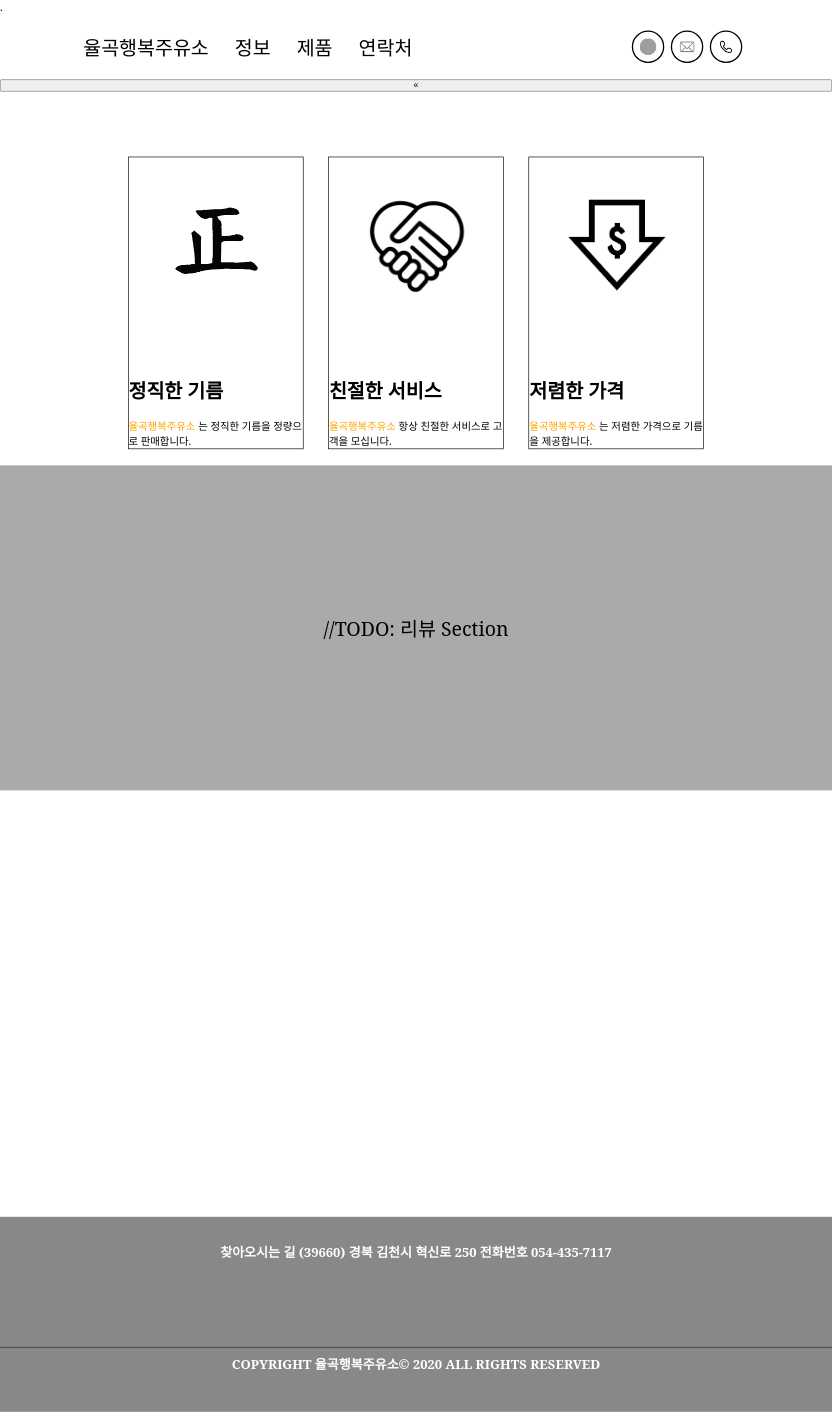
Repository: randomUser134923/pet-projects
Page: pet-projects/web1/index.html
The author's editor kept a record of every edit. The page is drawn from the files as they stood at one moment, then again after the next edit.
The browser window is 1280 px wide. The pictures show the whole page, at 65% of full size.
Pictures or frames that could not be fetched are drawn as grey boxes.

Above is the page before.

### pet-projects/web1/index.html
<!DOCTYPE html>
<html>
    <head>
        <meta charset="utf-8"/>
        <link rel="stylesheet" href="./css/style.css" type="text/css" />
        <link rel="stylesheet" href="./css/banner.css" type="text/css" />
          <link rel="stylesheet" href="https://cdnjs.cloudflare.com/ajax/libs/animate.css/4.1.1/animate.min.css" />
        <script type="text/javascript" src="./js/jquery-3.5.1.js"></script>
        <script src="https://cdnjs.cloudflare.com/ajax/libs/modernizr/2.8.3/modernizr.min.js"></script>.
        <script type="text/javascript" src="./js/banner.js"></script>


    </head>

    <body>
        <header>
            <div class="menu-wrapper">
                <ul class="menu-bar">
                    <li class="home_cont"><a href="#" class="home">율곡행복주유소</a></li>
                    <li class="about_cont"><a href="#" class="about">정보</a></li>
                    <li class="offer_cont"><a href="#" class="offer">제품</a></li>
                    <li class="contract_cont"><a href="#" class="contact">연락처</a></li>
                </ul>

                <ul class="icon-bar">
                    <li><img class="map-icon" src="./images/map.png" /></li>
                    <li><img class="mail-icon" src="./images/mail.png" /></li>
                    <li><img class="call-icon" src="./images/call.png" /></li>
                </ul>

            </div>

        </header>

        <div class="content-wrapper">
            <button onclick="prev()">&laquo;</button>
            <div class="scroller">
                <ul class="items">
                    <li class="item" style="background-image:url(./images/gas-station-1.jpg);"></li>
                    <li class="item" style="background-image:url(./images/img2.jpg);"></li>
                    <li class="item" style="background-image:url(./images/img3.jpg);"></li>
                </ul>
            </div>

            <div class="values">
                <div class="value1">
                    <div class ="value1-icon">
                        <img class= "value-icon-common" src="./images/honest.png"/>
                    </div>
                    <div class="value-text-container">
                        <div class="value-text-container-header">
                            정직한 기름
                        </div>
                        <div class="value-text-container-explain">
                            <p><span class="gas-station-name">율곡행복주유소</span> 는 정직한 기름을 정량으로 판매합니다.</p>
                        </div>
                    </div>
                </div>

                <div class="value2">
                    <div class ="value2-icon">
                        <img class= "value-icon-common" src="./images/kind.png"/>
                    </div>
                    <div class="value-text-container">
                        <div class="value-text-container-header">
                            친절한 서비스
                        </div>
                        <div class="value-text-container-explain">
                            <p><span class="gas-station-name">율곡행복주유소</span> 항상 친절한 서비스로 고객을 모십니다.</p>
                        </div>
                    </div>
                </div>

                <div class="value3">
                    <div class ="value3-icon">
                        <img class= "value-icon-common" src="./images/cheap.png"/>
                    </div>
                    <div class="value-text-container">
                        <div class="value-text-container-header">
                            저렴한 가격
                        </div>
                        <div class="value-text-container-explain">
                            <p><span class="gas-station-name">율곡행복주유소</span> 는 저렴한 가격으로 기름을 제공합니다.</p>
                        </div>
                    </div>
                </div>
            </div>

            <div class="reviews">
                <div class="review-text">
                    //TODO: 리뷰 Section
                </div>
            </div>

        </div>

        <footer>
            <div class="footer_explain">
                <p>
                    <span class="address">찾아오시는 길</span> (39660) 경북 김천시 혁신로 250
                    <span class="phone">전화번호</span> 054-435-7117 <br>
                </p>
            </div>

            <div class="copyright">
                COPYRIGHT <span>율곡행복주유소</span><span>&copy</span> 2020 ALL RIGHTS RESERVED
            </div>
        </footer>
    </body>
</html>

### pet-projects/web1/css/style.css
/* https://freefrontend.com/css-sliders/ */


* {
    padding: 0;
    margin:0;
    box-sizing: border-box;
}

@font-face { font-family: 'NanumBarunGothic';
src: url('/fonts/NanumBarunGothic.eot');
src: url('/fonts/NanumBarunGothic.eot') format('embedded-opentype'),
url('/fonts/NanumBarunGothic.woff') format('woff');}



header {
    display: flex;
    align-items: center;
    justify-content: center;
    height: 100px;
    width: 100%;
    background-color: #FFFFFF;
}

body {
    font-family: 'NanumGothic', 'serif';

}

ul {
    list-style-type: none;
    text-decoration: none;
}


a {
    text-decoration: none;
}

.menu-wrapper {
    display: flex;
    flex-direction: row;
    width: 80%;
    justify-content: space-between;
    align-items: center;
}

.menu-bar {
    display: flex;
    flex-direction: row;
    align-items: center;
}

.icon-bar {
    display: flex;
    flex-direction: row;
    align-items: center;
}

.map-icon , .call-icon , .mail-icon {
    display: flex;
    justify-content: center;
    align-items: center;
    width: 50px;
    height: 50px;
    padding: 10px;
    mix-blend-mode: multiply;
    border: 2px solid black;
    border-radius: 50px;
    margin-right: 10px;
}

.menu-bar li a {
    color: black;
}

.menu-bar li a:hover {
    color: blue;
}


.home , .about, .offer, .contact {
    display: flex;
    justify-content: center;
    align-items: center;
    font-size: 30px;
    margin-right: 40px;
}



.contact {
    margin-right: 0px;
}

.content-wrapper {
    position: relative;
    display: flex;
    flex-direction: column;
    height: 1750px;

}

/*                           Sliding banner                           */
.scroller {
    position: relative;
    display: flex;
    overflow:hidden;
    flex-wrap: nowrap;
    width: 100%;
    height: 750px;
}



/* ------------------------------------------------------------------- */

.values {
    display: flex;
    justify-content: center;
    align-items: center;
    height: 500px;
}


.value1 , .value2 , .value3 {
    position: relative;
    display:flex;
    justify-content: center;
    align-items: flex-end;
    border: 1px solid black;
    width: 270px;
    height: 90%;
    margin-right: 3%;
}

.value1-text-container {
    display:flex;;
    flex-direction: column;
    align-items: center;
    width: 80%;
    height: 50%;
    font-size: 18px;
    line-height: 1.3;
}


.value-text-container-header {
    display:flex;
    font-weight: bold;
    font-size: 30px;

}

.value-text-container-explain {
    display:flex;
    margin-top: 20px;
}


.value3 {
    margin-right:0px;
}

.value1-icon , .value2-icon , .value3-icon {
    position: absolute;
    left: 50px;
    top: 50px;
    display: flex;
    justify-content: center;
    align-items: center;

    width: 170px;
    height: 170px;
}

.value-icon-common {
    width: 150px;
    height: 150px;
    mix-blend-mode: multiply;
}

.reviews {
    display: flex;
    justify-content: center;
    align-items: center;
    flex-direction: column;
    height: 500px;
    background-color: #AAAAAA;
}

.review-text {
    display: flex;
    justify-content: center;
    align-items: center;
    height: 75px;
    font-size: 30px;

}

.review-box-wrapper {
    display: flex;
    justify-content: center;
    align-items: center;
    flex-direction: row;
    width: 100%;
    height: 300px;

}

.review-box-1 {
    margin-right: 20px;
}

.review-box-1 , .review-box-2 {
    display: flex;
    justify-content: center;
    align-items: center;
    width: 40%;
    height: 100%;
}

blockquote{
  font-size: 1.4em;
  width:100%;
  height: 100%;
  margin:50px auto;
  font-style:italic;
  color: #555555;
  padding:1.2em 30px 1.2em 75px;
  border-left:8px solid #78C0A8 ;
  line-height:1.3;
  position: relative;
  background:#EDEDED;
}

blockquote::before{
  font-family:Arial;
  content: "\201C";
  color:#78C0A8;
  font-size:4em;
  position: absolute;
  left: 10px;
  top:-10px;
}

blockquote::after{
  content: '';
}

blockquote span{
  display:block;
  color:#333333;
  font-style: normal;
  font-weight: bold;
  margin-top:1em;
}


.scroller {
    display: flex;
    justify-content: center;
    align-items: center;
    height: 75px;
}
footer {
    height: 300px;
    font-size: 20px;
    text-align: center;
    color: white;
    background-color: #888888;
    font-weight: bold;
    line-height: 50px;
    vertical-align: middle;
}

.footer_explain {
    padding-top: 30px;
    height: 200px;
}

.copyright {
    height: 100px;
    border-top: 2px solid #555555;

}

.gas-station-name {
    color: orange;
    height: 16px;
}

### pet-projects/web1/css/banner.css

i {
    margin: 0;
	padding: 0;
	border: 0;
	font-size: 100%;
	font: inherit;
	vertical-align: baseline;
}


#slides{
  position: relative;
  width: 100%;
  padding: 0;
  margin: 0;
}

.slide{
  height:100%;
  position: relative;
  left: 0;
  top: 0;
  width: 100%;
  opacity: 0;
  transition: opacity 1s;
  background-size: cover;
}

.showing{
  opacity: 1;
  z-index: 2;
}

.slide1{
  background-image: url("../images/img1.jpg")
}

.slide2{
  background-image: url(("../images/img2.jpg)
}

.slide3{
  background-image: url(("../images/img3.jpg")
}



.arrow{
  color: #fff;
  z-index: 3;
  position: absolute;
  top: 80%;
  transition: color 1s;
    font-size: 30px;
}

.arrow:hover{
  cursor: pointer;
  color: #444;

}

.arrow-next{
  left: 20%;
}

.arrow-prev{
  right: 20%;
}



@media(min-width: 750px){

    .arrow-next{
      left: 40%;
    }

    .arrow-prev{
      right: 40%;
    }

}

Loaded but not shown: pet-projects/web1/js/jquery-3.5.1.js (library); pet-projects/web1/js/banner.js (no stored copy; drawn as an empty file)

After the next edit:
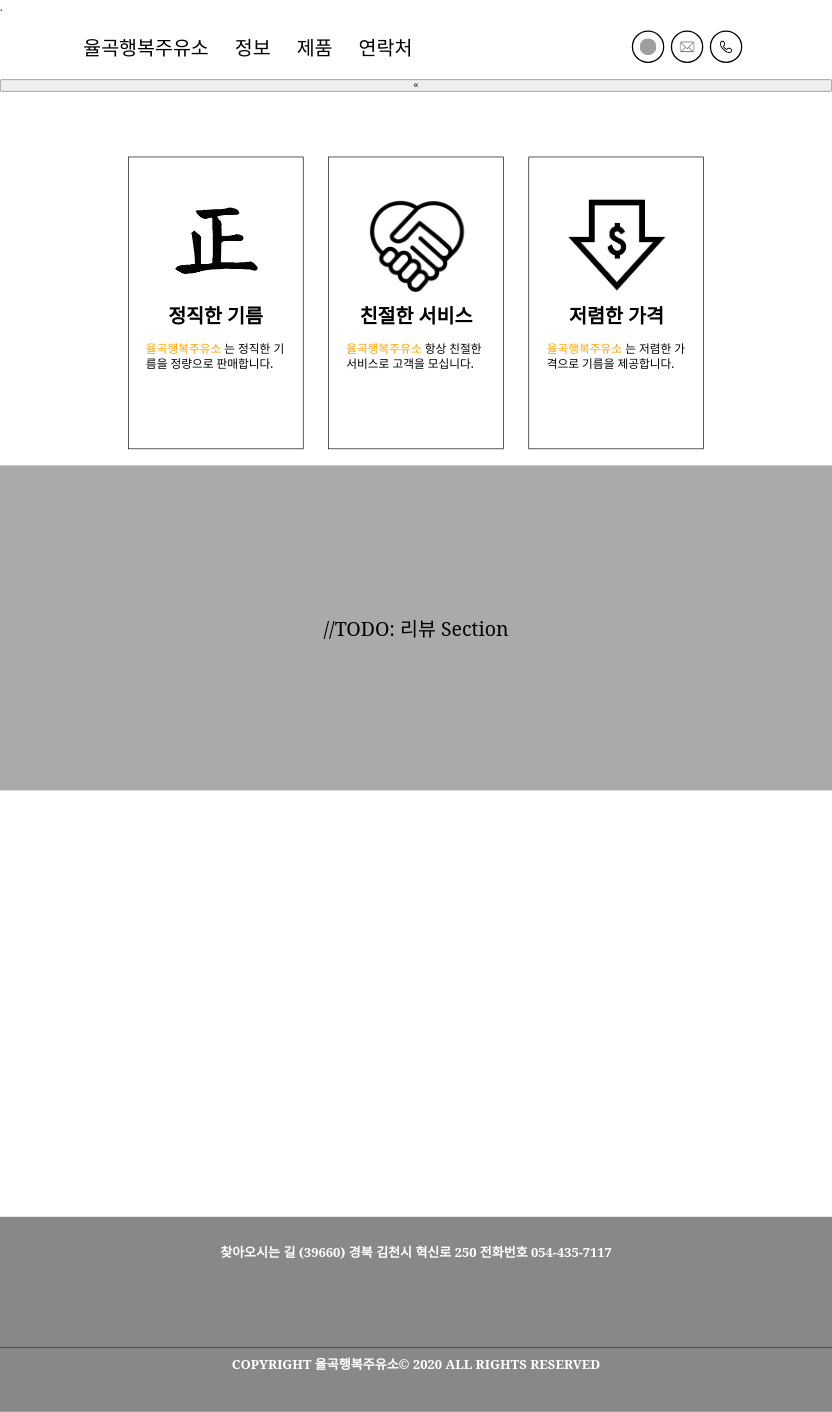
The edit:
--- a/pet-projects/web1/css/style.css
+++ b/pet-projects/web1/css/style.css
@@ -135,7 +135,7 @@
     margin-right: 3%;
 }
 
-.value1-text-container {
+.value-text-container {
     display:flex;;
     flex-direction: column;
     align-items: center;
